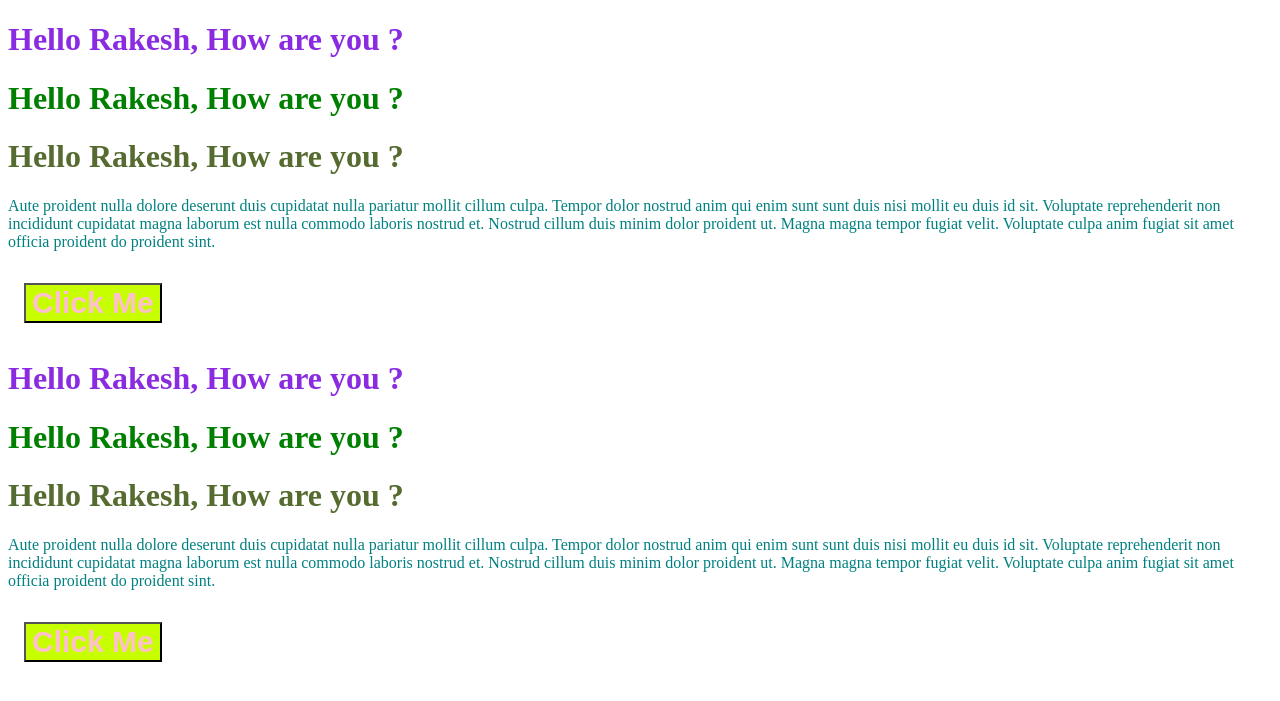
Repository: rakeshkolpepatil/CSS_Apana_College
Page: index.html
An editor plug-in stored every save of this project. The page is shown before and after the next save, followed by the edit.
The browser window is 1280 px wide. The pictures show the whole page.

Above is the page before, as saved 2023-06-21 19:02:27.

After the next save:
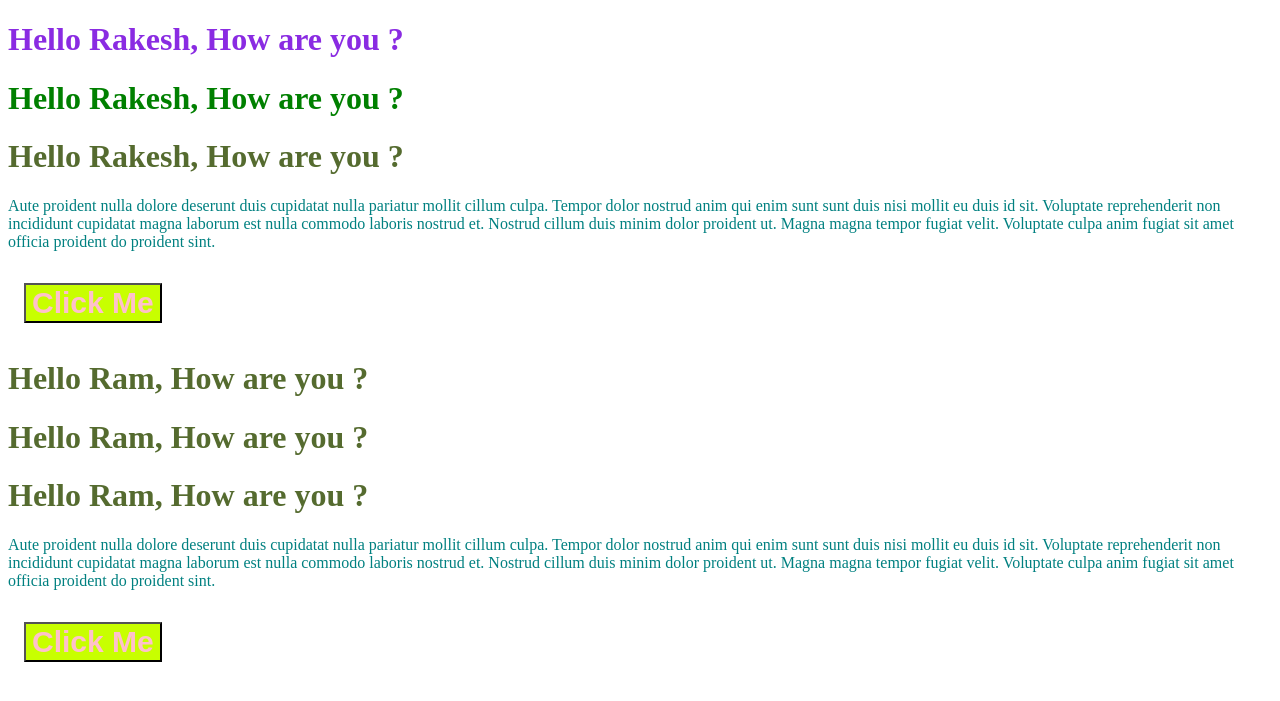
Saved 30 s later.
--- a/index.html
+++ b/index.html
@@ -20,9 +20,9 @@
   </p>
   <button> Click Me </button>
 
-  <h1 style="color:blueviolet"> Hello Rakesh, How are you ? </h1>
-  <h1 style="color:green"> Hello Rakesh, How are you ? </h1>
-  <h1> Hello Rakesh, How are you ? </h1>
+  <h1 > Hello Ram, How are you ? </h1>
+  <h1 > Hello Ram, How are you ? </h1>
+  <h1 > Hello Ram, How are you ? </h1>
   <p>
     Aute proident nulla dolore deserunt duis cupidatat nulla pariatur mollit cillum culpa. Tempor dolor nostrud anim qui enim sunt sunt duis nisi mollit eu duis id sit. Voluptate reprehenderit non incididunt cupidatat magna laborum est nulla commodo laboris nostrud et. Nostrud cillum duis minim dolor proident ut. Magna magna tempor fugiat velit. Voluptate culpa anim fugiat sit amet officia proident do proident sint.
   </p>
